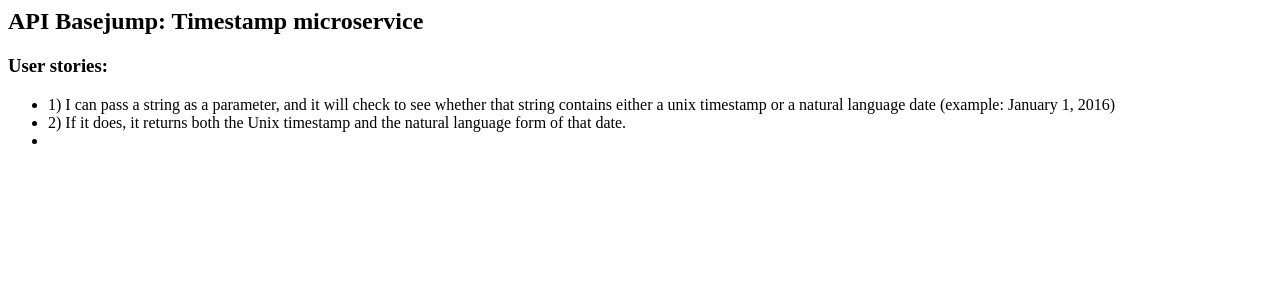
Repository: jocarosa/test
Page: public/index.html
The author's editor kept a record of every edit. The page is drawn from the files as they stood at one moment, then again after the next edit.
The browser window is 1280 px wide. The pictures show the whole page.

Above is the page before.

### public/index.html
<html>
      <head>
        <title>Time Stamp Micro Service</title>
        <link rel="stylesheet" type="text/css" href="css/style.css"/>
      </head>
      <body>
        <h2>API Basejump: Timestamp microservice</h2>

        <h3>User stories:</h3>
        <ul>
          <li>1) I can pass a string as a parameter, and it will check to see whether that string contains either a unix timestamp or a natural language date (example: January 1, 2016)</li>
          <li>2) If it does, it returns both the Unix timestamp and the natural language form of that date.</li>
          <li></li>
        </ul>


      </body>
</html>

### public/css/style.css
p {
    color: red}

After the next edit:
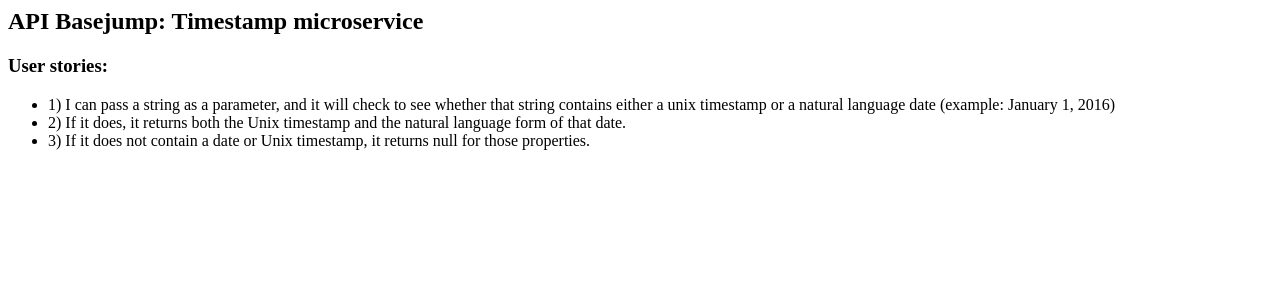
The edit:
--- a/public/index.html
+++ b/public/index.html
@@ -10,7 +10,7 @@
         <ul>
           <li>1) I can pass a string as a parameter, and it will check to see whether that string contains either a unix timestamp or a natural language date (example: January 1, 2016)</li>
           <li>2) If it does, it returns both the Unix timestamp and the natural language form of that date.</li>
-          <li></li>
+          <li>3) If it does not contain a date or Unix timestamp, it returns null for those properties.</li>
         </ul>
 
 
